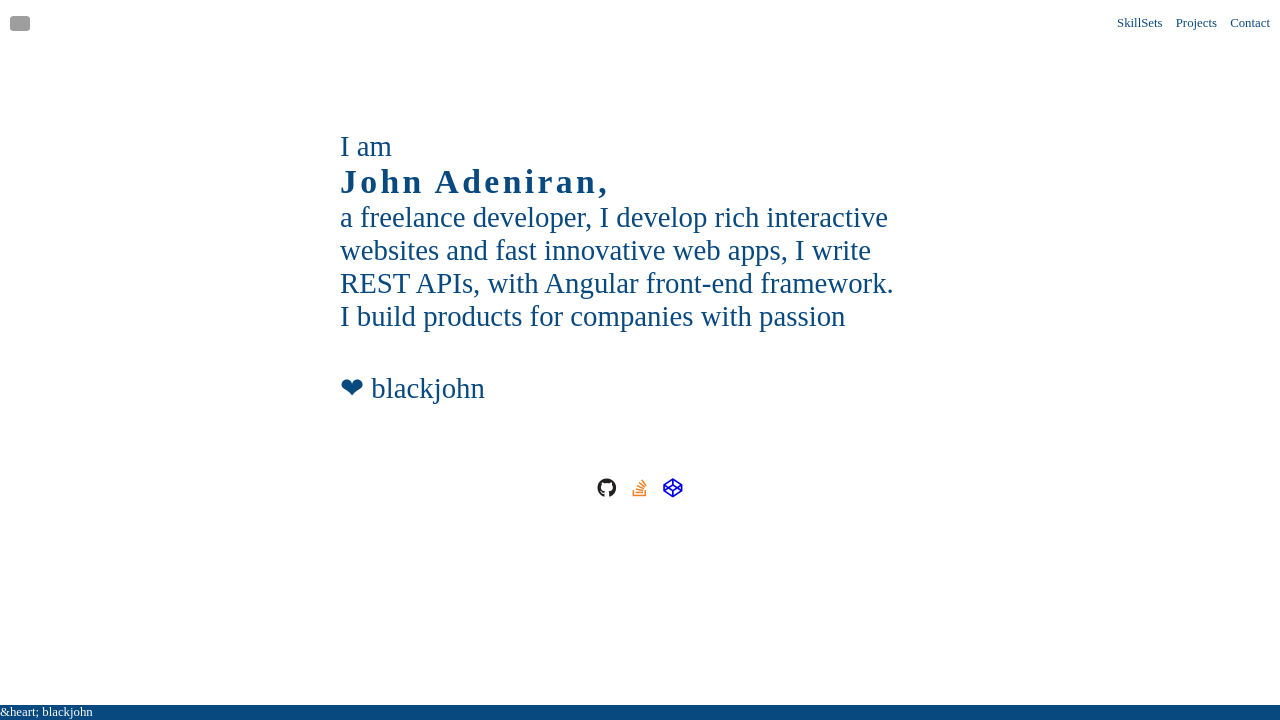
Repository: adeniranjohn/adeniranjohn.github.io
Page: index.html
An editor plug-in stored every save of this project. The page is shown before and after a run of saves, followed by the edit.
The browser window is 1280 px wide. The pictures show the whole page.
Pictures or frames that could not be fetched are drawn as grey boxes. Some web libraries are served in a nearby version.

Above is the page before, as saved 2021-04-04 13:58:42.

### index.html
<!DOCTYPE html>
<html lang="en">

<head>
    <meta charset="utf-8">
    <meta http-equiv="X-UA-Compatible" content="IE=edge">
    <title>John Adeniran</title>
    <meta name="description" content="John Adeniran Portfolio page">

    <link rel="manifest" href="manifest.webmanifest">
    <meta name="viewport" content="width=device-width, initial-scale = 1.0,
        maximum-scale=1.0, user-scalable=no" />
        <meta name="theme-color" content="#08497F">
                                <link rel="stylesheet" href="main.css">
                                <link rel="apple-touch-icon" href="icon-192.png">
<link rel="stylesheet" href="https://use.fontawesome.com/releases/v5.8.1/css/all.css"
    integrity="sha384-50oBUHEmvpQ+1lW4y57PTFmhCaXp0ML5d60M1M7uH2+nqUivzIebhndOJK28anvf" crossorigin="anonymous">

</head>

<body>
    <noscript>




    </noscript>
    <header>
            <nav>
                    <ul>
                    <li data-tab-target="#home">
                        <img src="https://res.cloudinary.com/blackjohn/image/upload/v1554350699/BlackJohn.jpg"
                            alt="Adeniran John Profile Image">
                    </li>
                    <span>
                    <li data-tab-target="#skillset">SkillSets</li>
                    <li data-tab-target="#experience">Projects</li>
                    <li data-tab-target="#contact">Contact</li>
                    </span>
                </ul>
            </nav>

    </header>
    <main>
        <section data-section-content id="home" class="active">
            <section id="title">
            <div id="name">
                <span>I am<h1><strong>John Adeniran</strong>,</h1>
                        a freelance developer,
                      I develop rich interactive websites and fast innovative web apps,
                       I write REST APIs, with  Angular front-end framework.<br>
                      I build products for companies with passion</span><br>
                    <span>❤ blackjohn</span>

            </div>

            <section id="tags">
                <ul>
                    <li><a href="https://github.com/adeniranjohn" alt="GitHub" target="_blank" rel="noopener"
                            aria-label="GitHub"><i class="fab fa-github"></i></a>
                    </li>
                    <li><a href="https://stackoverflow.com/users/6594090/adeniran-john" target="_blank" rel="noopener"
                            aria-label="StackOverFlow"><i class="fab fa-stack-overflow" alt="StackOverflow"></i></a>
                    </li>
                    <li><a href="https://codepen.io/jasolajohn" alt="Codepen" target="_blank" rel="noopener"
                            aria-label="Codepen"><i class="fab fa-codepen"></i></a></li>
                </ul>

            </section>
        </section>
        </section>

        <section data-section-content id="skillset">
            <div class="skills">
                <h2><i class="fas fa-laptop-code"></i> Skill sets </h2>
                <ul class="points">

                    <li>
                        <p><strong>Framework: </strong>NodeJS | Express | Angular</p>
                    <li>
                        <p><strong>Technology: </strong>HTML | JSON | ServiceWorker | Single Page Apps | Progressive Web
                            Apps
                    </li>
                    </p>
                    </li>
                    <li>
                        <p><strong>Databases: </strong>Microsoft SQL Sever | MongoDB | MySQL | PostGreSQL</p>
                    </li>
                    <li>
                        <p><strong>IDE: </strong>Visual studio Code | Sublime | Atom</p>
                    </li>
                    <li>
                        <p><strong>Source Control: </strong>GitBash | GitHub</p>
                    </li>
                    <li>
                        <p><strong>Cloud: </strong>Azure | Google Cloud </p>
                    </li>
                    <li>
                        <p><strong>Hardware: </strong>Laptop Repair | Data Recovery | MotherBoard | Printers</p>
                    </li>
                </ul>

            </div>
        </section>
        <section data-section-content id="experience">
            <div class="experience">


            <h2><i class="fas fa-tasks"></i>Projects</h2>
            <h3>TrendyThrift</h3><span>www.trendythrift.com.ng</span>
            <ul class="points">
                <li>Tech Stack: MongoDB, Express Angular, NodeJS</li>
                <li> User Interface: Angular Material </li>
                <li>Hosting: Firebase</li>
            </ul>
            <h3>PerfectWash</h3><span>www.perfectwash.ng</span>
            <ul class="points">
                <li>Tech Stack: MongoDB, Express Angular, NodeJS</li>
                <li> User Interface: Angular Material </li>
                <li> Hosting: Firebase</li>
            </ul>

         </div>
        </section>
        <section data-section-content id="contact">
            <div class="contact">
            <h2><i class="far fa-thumbs-up"></i>Reach out</h2>

            <div id="messageme">
                <h4>Socials</h4>
                <p><a href="https://twitter.com/jasolajohn" alt="Twitter" target="_blank" rel="noopener" aria-label="Twitter">
                    <i class="fab fa-twitter"></i> @jasolajohn</a></p>
                <p><a href="https://www.linkedin.com/in/adeniranjohn" alt="LinkedIn" target="_blank" rel="noopener"
                    aria-label="LinkedIn"><i class="fab fa-linkedin"></i> LinkedIn</a></p>
            </div>
                <h4>Contacts</h4>
                <p><a  href="mailto:jasolajohn@gmail.com"  alt="Email" target="_blank" rel="noopener"><i class="fas fa-envelope"></i>jasolajohn@gmail.com</a></p>
                <p><a href="tel: +2348031510308" alt="Phone" target="_blank" rel="noopener"><i class="fas fa-mobile-alt"></i>08131510308</a></p>
            </div>

        </section>


    </main>
<!--
<footer>
    <span><a href="https://goo.gl/maps/5BUL1kiMXyK5koTF9" alt="Location" target="_blank" rel="noopener"></a><i class="fas fa-map-marker-alt"></i>Lagos,Nigeria</span>

    <button><a href="https://docs.google.com/document/d/1spjwshgeOjIvIsZfotHmAr0LVjTlstLbj85rArdgb8A/edit?usp=sharing" alt="CV" download="adeniranjohnCV" target="_blank" rel="noreferrer">Download CV</a></button>


 </footer>-->

 <footer>
 &heart; blackjohn
 </footer>
<script src="main.js" async defer></script>


</body>

</html>

### main.css
html,
body {
    font-family: 'montserrat';
    padding: 0;
    margin: 0;
    font-size: 16px;
    color: #08497F;
}

body {
    width: 100%;
    max-width: 960px;

}

header {
    padding: 0;
    margin: 0;
}



h1 {
    letter-spacing: 0.1em;
    margin: 0;
    padding: 0;
}

section#title {
    display: grid;
    place-items: center;
    vertical-align: middle;
}


section#title,
section#tags {
    margin-top: 50px;
}

div#name {
    vertical-align: middle;

}

div#name span {
    padding-top: 20px;
    margin: 0 auto;
    display: block;
    font-size: 10px;
    text-align: left;
    max-width: 600px;
    font-size: 1.8rem;
}


div#messageme a {
    text-decoration: none;
}

section#title {
    text-align: center;
    padding: 10px;
}

section#tags {
    text-align: center;
}

section#tags ul {
    display: flex;
    list-style-type: none;
    max-width: 500px;
    flex-flow: row;
    flex-wrap: wrap;
    margin: 10px auto;
    padding: 5px;
}




section#tags ul li i {
    font-size: 1.2em;

}

section#tags ul li {
    display: flex;
    margin: auto;
    padding: 0.2em;
}

div.skills,
div.contact,
div.experience {
    margin: 0 auto;
    padding: 10px;
}

nav {
    padding: 0;
    margin: 0 auto;
    line-height: 20px;
    position: fixed;
    top: 0px;
    width: 100vw;
    cursor: pointer;
    display: block;
    font-size: 0.8em;
}

nav ul {
    list-style-type: none;
    padding: 0 5px;
    display: block;

}

nav ul span {
    float: right;
}

nav ul span::after {
    clear: both;
}




nav ul li {
    padding: 5px;
    display: inline;
    color: #08497F;
    text-align: center;
    list-style-type: none;
    font-weight: 500;

}

nav ul li img {
    width: 20px;
    vertical-align: middle;
    border-radius: 20%;
}


nav ul li img:hover {
    width: 30px;
}

nav ul li:hover {
    font-size: 125%;

}

a {
    text-decoration: none;
}

i {
    padding: 5px;
}

p.techskill {
    font-size: 2.5em;
}

p.techskill i.fa-html5 {
    color: #F16529;
}

.fa-css3 {
    color: #264de4;
}

.fa-js {
    color: #323330;
    background-color: #F0DB4F;
    padding: 0;
}

.fa-node-js {
    color: #3C873A;
}

.fa-angular {
    color: #B52E31;
}

.fa-git {
    color: #f34f29;
}

.fa-whatsapp {
    color: #4FCE5D;
}

.fa-twitter {
    color: #00acee;
}

.fa-envelope {
    color: red;
}

.fa-mobile-alt {
    color: black;
}

.fa-map-marker-alt {
    color: red;
}

section#tags ul li i.fa-github {
    color: #211F1F;
}

section#tags ul li i.fa-stack-overflow {
    color: #F48024
}

section#tags ul li i.fa-linkedin {
    color: #0e76a8;
}

span.date {
    font-size: 0.8em;
}

label {
    display: block;
}



button {
    margin: 0.5em 0;
}


footer {
    position: fixed;
    bottom: 0px;
    display: flex;
    flex-flow: row;
    background-color: #08497F;
    width: 100vw;
    justify-content: space-between;
    color: white;
    font-size: 0.8em;
}

footer span {
    text-decoration: none;
    color: white;
    padding: 2px;


}

footer button {
    background-color: white;
    color: #08497F;
    border-radius: 5px;
}


[data-section-content],
article {
    display: none;


    padding: 0;
    margin: 0;
}

article#home {
    padding: 100px 10px;
}

.active[data-section-content] {
    display: block;
    padding: 50px 10px 10px 10px;
    box-sizing: border-box;
    height: 90vh;
    width: 100vw;
}

button {
    border: none;
    padding: 5px;
    box-shadow: none;
    color: white;
}

button a {
    text-decoration: none;
}

a:visited {
    text-decoration: none;
}

### main.js


const tabs = document.querySelectorAll('[data-tab-target]');
const tabContents = document.querySelectorAll('[data-section-content]');


tabs.forEach((tab) => {
    tab.addEventListener('click', () => {
        const target = document.querySelector(tab.dataset.tabTarget);
        tabContents.forEach(( tabContent) => {
            tabContent.classList.remove('active');
        })
        target.classList.add('active');

    })
})

After the next 2 saves:
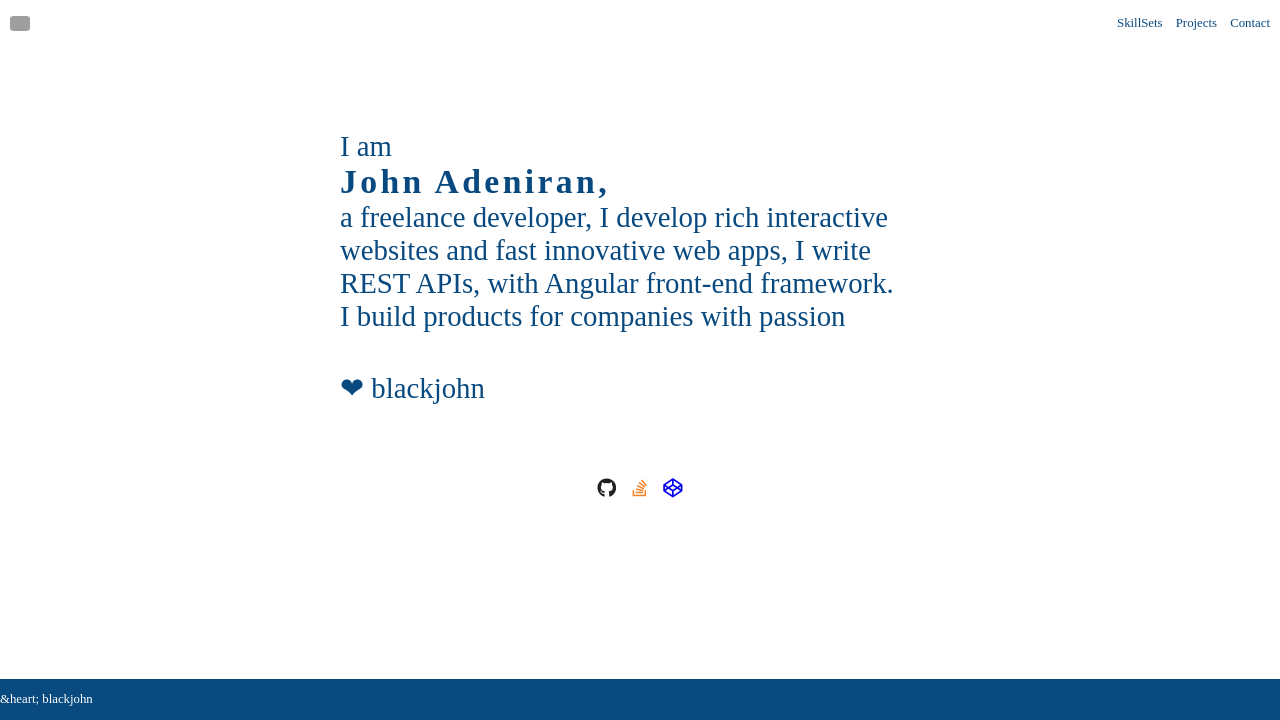
The 2 saves are shown as one change because they came seconds apart.
The last was saved 20 s later.
--- a/index.html
+++ b/index.html
@@ -152,7 +152,7 @@
  </footer>-->
 
  <footer>
- &heart; blackjohn
+<p> &heart; blackjohn</p>
  </footer>
 <script src="main.js" async defer></script>
 
